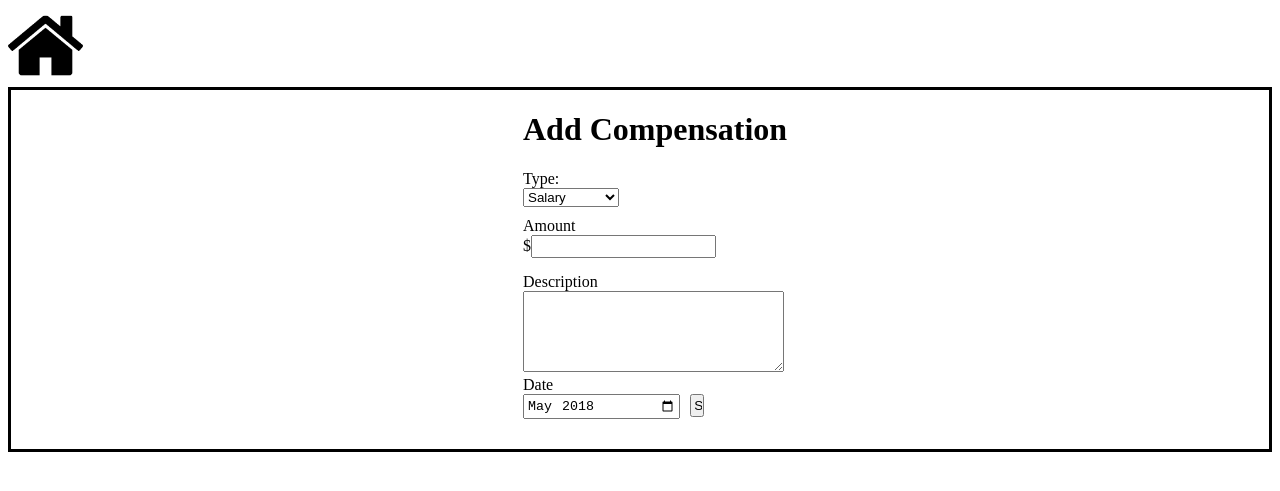
Repository: ticross18/SpringBootEmployeeSystem
Page: EmploymentSystem/src/main/resources/static/addComp.html
These files come from the project's save history. The page is drawn as it stood at one moment and after the next save; the edit follows.
The browser window is 1280 px wide. The pictures show the whole page.

Above is the page before, as saved 2022-05-17 18:34:48.

### EmploymentSystem/src/main/resources/static/addComp.html
<!DOCTYPE html>
<html>
<head>
	<title>Add Compensation</title>
	<meta charset="UTF-8">
	<meta name="viewport" content="width=device-width, initial-scale=1.0">
	<link href="css/screens.css" rel="stylesheet" type="text/css">
</head>
<body>

<a href="/"><img src="images/homeIcon2.png" id="homeButton" alt="home button"></a>

<div id="addEmpBox" >
<h1 id="title">Add Compensation</h1>


 <form id="userInput">
        	<label for="type">Type:</label><br>
			<select name="type" id="type" style="margin-bottom:10px;">
			  <option value="volvo">Salary</option>
			  <option value="saab">Bonus</option>
			  <option value="mercedes">Commission</option>
			  <option value="audi">Allowance</option>
			  <option value="audi">Adjustment</option>
			</select><br>

            <label for="amount">Amount</label><br>
            $<input type="number" id="amount" name="amount"><br>

            <label for="lname" >Description </label><br>
            <textarea type="text" id="description" name="description" rows="5" cols="30"></textarea><br>

            <label for="dob">Date</label><br>
            <input type="month" id="end" name="end"
     		  min="2018-03" value="2018-05">
            <input type="submit" id="submit" name ="submit" style="margin-left:10px; width:14px;"/>
        </tr>
 </form>
</div>

</body>
</html>

### EmploymentSystem/src/main/resources/static/css/screens.css
.container {
   display: flex;

}

#homeButton{
	width:75px;
	height:75px;
	position: relative;
}

.asterisk{
	color: red;
}

#addEmpBox {
	padding-left: 40vw;
	border: 3px solid rgb(0, 0, 0);
	padding-bottom: 15px;
}

#addEmpBox input {
	margin-bottom: 15px;
	padding: 2px;
}

#SearchEmpBox {
	border: 3px solid rgb(0, 0, 0);
	padding-bottom: 15px;
	margin-right: 15vw;
	text-align: center;
}

#userInput {
	display:inline-table;
}

#results {
	border: 2px solid black;
	margin: 10px;
	background-color: lightgrey;
	border-collapse: collapse;
	margin:  3vh 3vw;
}

#results th {
	padding: 2vh 3vw;
	border-left: 1px solid #000;
    border-right: 1px solid #000;
}

#results td {
	padding: 1vh 3vw ;
	border-left: 1px solid #000;
    border-right: 1px solid #000;

}

#finalEdit{
	text-align: left;
	position: left;
}

button.optionButtons {
	border-radius: 10px;
	margin-top: 10px;
	margin-right: 10vw;
	height: 5vh;
	border: 3px solid rgb(0, 0, 0);
}

button.optionButtons:active {
  box-shadow: 0 5px #666;
  transform: translateY(4px);
}

button.optionButtons:hover {
  background-color: rgb(255, 255, 128);
  cursor: pointer;
}

#dateRange {
	border: 3px solid rgb(0, 0, 0);
	width:fit-content;
	margin: 3vh;
	padding: 2vh;
}



.monthDropDown {
	width:110px;
}


tr.entries:hover {
  background-color: white;
  cursor: pointer;
}

h3 {
	background-color: lightgrey;

}

After the next save:
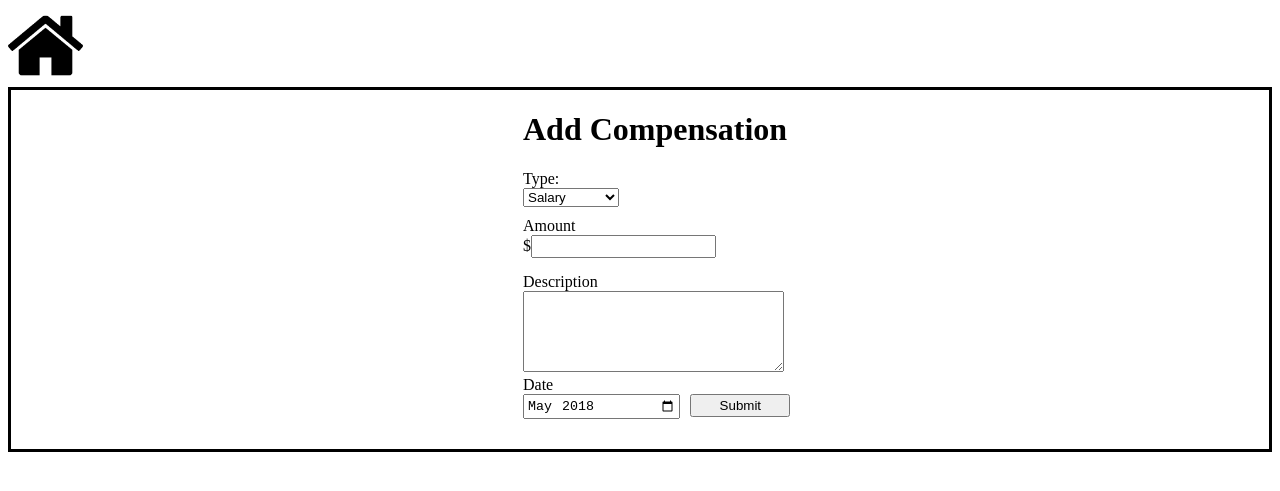
Saved 4 s later.
--- a/EmploymentSystem/src/main/resources/static/addComp.html
+++ b/EmploymentSystem/src/main/resources/static/addComp.html
@@ -33,7 +33,7 @@
             <label for="dob">Date</label><br>
             <input type="month" id="end" name="end"
      		  min="2018-03" value="2018-05">
-            <input type="submit" id="submit" name ="submit" style="margin-left:10px; width:14px;"/>
+            <input type="submit" id="submit" name ="submit" style="margin-left:10px; width:100px;"/>
         </tr>
  </form>
 </div>
